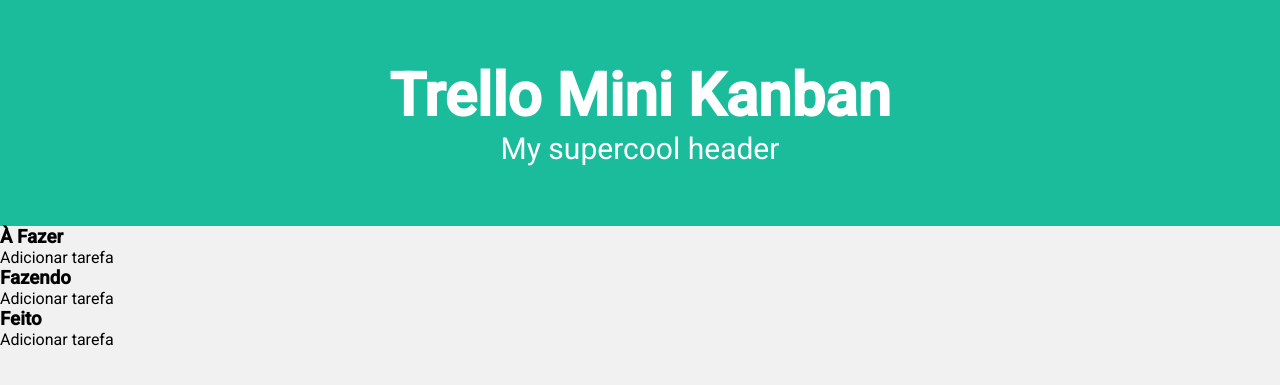
Repository: douglasabnovato/byteclass
Page: trello-mini-kanban/index.html
An editor plug-in stored every save of this project. The page is shown before and after the next save, followed by the edit.
The browser window is 1280 px wide. The pictures show the whole page.

Above is the page before, as saved 2025-07-31 20:22:53.

After the next save:
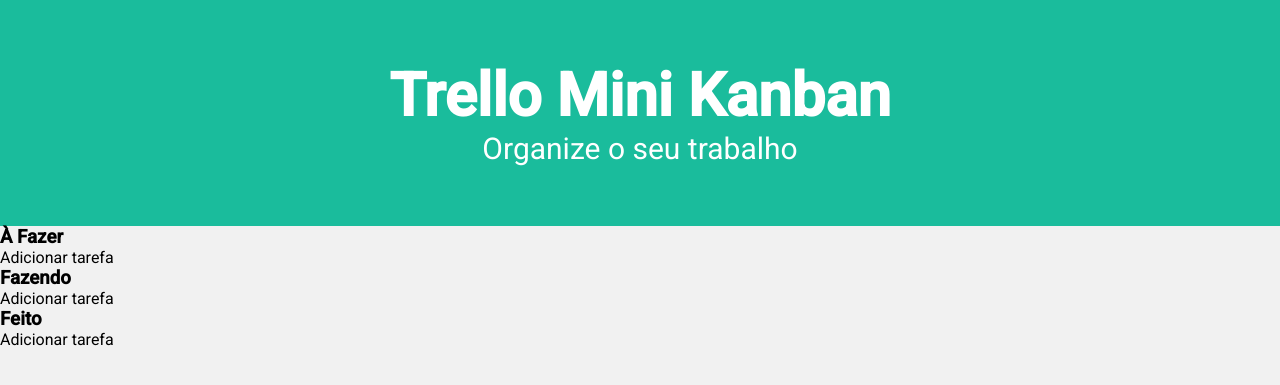
Saved 20 s later.
--- a/trello-mini-kanban/index.html
+++ b/trello-mini-kanban/index.html
@@ -16,7 +16,7 @@
     <div id="home" class="container content" >
       <header>
         <h1>Trello Mini Kanban</h1>
-        <p>My supercool header</p>
+        <p>Organize o seu trabalho</p>
       </header>
 
       <main>
